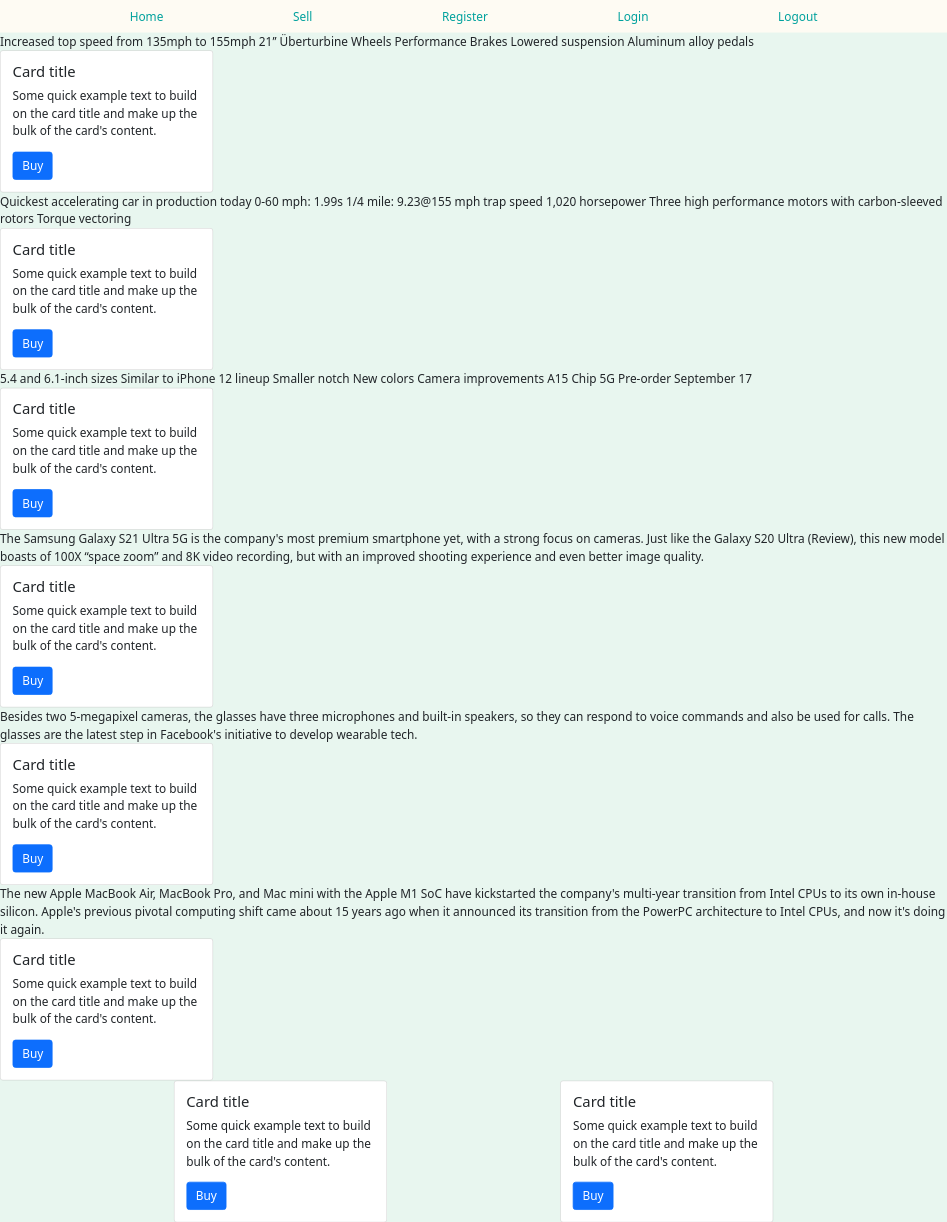
Repository: RiteshK555/itw-project
Page: http://localhost/
An editor plug-in stored every save of this project. The page is shown before and after a run of saves, followed by the edit.
The browser window is 1280 px wide. The pictures show the whole page, at 74% of full size.
The page is served by the project's application, run on Django 3.2 (student_olx/manage.py). The page reads the database file committed with the project.

Above is the page before, as saved 2021-09-19 13:35:00.

After the next 2 saves:
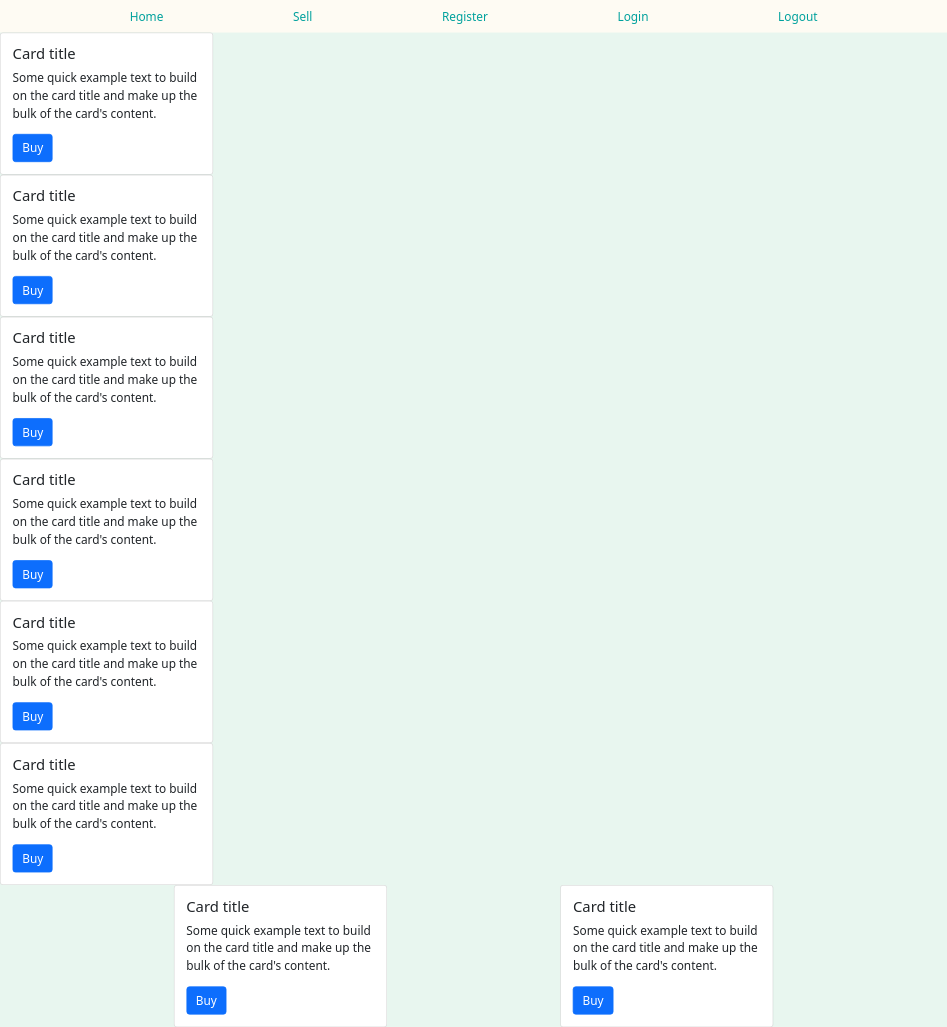
The 2 saves are shown as one change because they came seconds apart.
The last was saved 6 s later.
--- a/student_olx/main/templates/main/home.html
+++ b/student_olx/main/templates/main/home.html
@@ -8,7 +8,6 @@
 {% endblock %}
 {%block content %}
 {%for product in  products%}
-{{product.description}}
 <div class="card" style="width: 18rem;">
   {% comment %} <img src="..." class="card-img-top" alt="..."> {% endcomment %}
   <div class="card-body">
